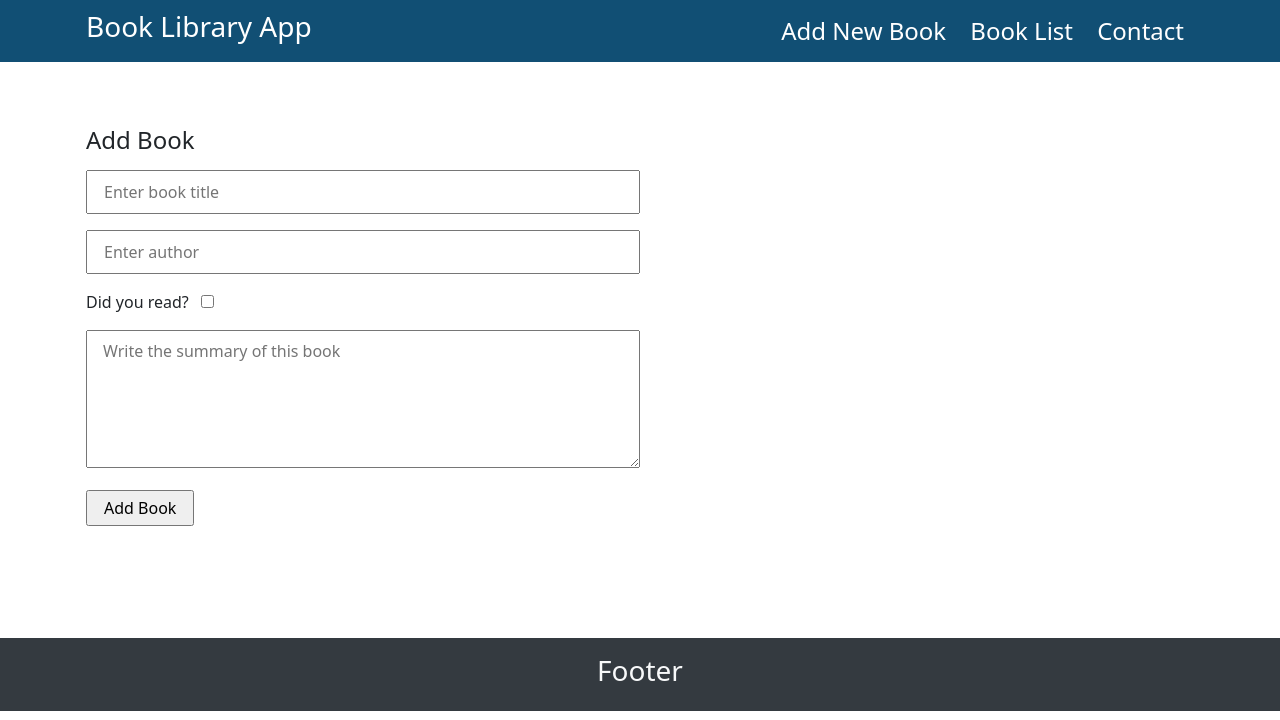
Repository: just-mann/booklibrary-app
Page: http://localhost/
An editor plug-in stored every save of this project. The page is shown before and after the next save, followed by the edit.
The browser window is 1280 px wide. The pictures show the whole page.
The page is served by the project's Node server (app.js).

Above is the page before, as saved 2021-06-06 04:07:24.

### views/index.ejs
<!DOCTYPE html>
<html lang="en">
<%- include('./partials/Header') %>
<body>
    <%- include('./partials/Navbar') %>
      <div class="container py-2 home">
        <div class="w-50 p-5 py-2 px-0">
          <form action="/books" method="POST" class="p-5 px-0">
            <h4>Add Book</h4>
              <div class="my-3">
                <input class="px-3 py-2 title w-100" type="text" name="title" id="title" placeholder="Enter book title" required>
              </div>
              <div class="my-3">
                <input class="px-3 py-2 author w-100" type="text" name="author" id="author" placeholder="Enter author" required>
              </div>
              <div class="my-3">
                <label for="isRead" class="mr-2">Did you read?</label>
                <input class="px-3 py-2 isRead" type="checkbox" name="isRead" id="isRead">
              </div>
              <div class="my-3">
                <textarea class="px-3 py-2 isRead w-100" name="summary" id="summary" cols="30" rows="5" placeholder="Write the summary of this book" required></textarea>
              </div>
              <div class="my-3">
                <input class="px-3 py-1 submitBtn" type="submit" value="Add Book">
              </div>
          </form>
        </div>
      </div>
    <%- include('./partials/Footer') %>
</body>
</html>

### views/partials/Header.ejs
<head>
    <meta charset="UTF-8">
    <meta name="viewport" content="width=device-width, initial-scale=1.0">
    <title><%= title %></title>
    <link rel="stylesheet" href="https://stackpath.bootstrapcdn.com/bootstrap/5.0.0-alpha1/css/bootstrap.min.css" integrity="sha384-r4NyP46KrjDleawBgD5tp8Y7UzmLA05oM1iAEQ17CSuDqnUK2+k9luXQOfXJCJ4I" crossorigin="anonymous">
    <script src="https://cdn.jsdelivr.net/npm/popper.js@1.16.0/dist/umd/popper.min.js" integrity="sha384-Q6E9RHvbIyZFJoft+2mJbHaEWldlvI9IOYy5n3zV9zzTtmI3UksdQRVvoxMfooAo" crossorigin="anonymous"></script>
    <link rel="stylesheet" href="https://unpkg.com/aos@next/dist/aos.css" />
    <link rel="stylesheet" href="https://unpkg.com/aos@next/dist/aos.css" />
    <script src="https://stackpath.bootstrapcdn.com/bootstrap/5.0.0-alpha1/js/bootstrap.min.js" integrity="sha384-oesi62hOLfzrys4LxRF63OJCXdXDipiYWBnvTl9Y9/TRlw5xlKIEHpNyvvDShgf/" crossorigin="anonymous"></script>
    <link rel="stylesheet" href="/style.css">
  </head>

### views/partials/Navbar.ejs
<nav class="container-fluid sticky-top">
    <div class="container">
        <a href="/" class="logo"><h3>Book Library App</h3></a>
        <div class="nav__links">
            <a href="/">Add New Book</a>
            <a href="/booklist">Book List</a>
            <a href="/contact">Contact</a>
        </div>
    </div>
</nav>

### views/partials/Footer.ejs
<footer class="bg-dark py-3 text-light text-center">
    <script src="https://ajax.googleapis.com/ajax/libs/jquery/3.5.1/jquery.min.js"></script>
    <script src="/script.js"></script>
    <div class="container">
        <h3>Footer</h3>
    </div>
</footer>
<script src="https://unpkg.com/aos@next/dist/aos.js"></script>
<script>
  AOS.init();
</script>

### app.js
const express = require('express'); //import express package
const app = express(); //initialize the express app
const bodyParser = require('body-parser') //import body-parser to handle data from the form
const MongoClient = require('mongodb').MongoClient; //import the mongodbClient
const { ObjectId } = require('bson');
const dbName = 'myBookList';
const dbCollectionName = 'bookCollection';

const PORT = process.env.PORT || 5000;


// Configure the body-parser
app.use(bodyParser.urlencoded({ extended: true }));


// Make static files accessible
app.use(express.static('public'));


// Set View Engine
app.set('view engine', 'ejs');



// Connect to Database
const dbURI = 'mongodb+srv://bookUser:cUk4rECaXyAWsNz8@crud-tutorial.xd65d.mongodb.net/myBookList?retryWrites=true&w=majority';
MongoClient.connect(dbURI, { useUnifiedTopology: true })
    .then(client => {

        app.listen(PORT, () => {
            console.log(`App is now running on PORT ${PORT} and Database: ${dbName} is connected`)
        });

        const db = client.db(`${dbName}`);

        const myCollection = db.collection(`${dbCollectionName}`);

        app.post('/books', (req, res) => {
            myCollection.insertOne(req.body)
                .then(result => {
                    console.log('Item added to database...');
                })
                .catch(err => console.log(err));
            res.redirect('bookList');
        })

        app.get('/booklist', (req, res) => {
            myCollection.find().sort({_id: -1}).toArray()
                .then(result => {
                    res.render('bookList', { myList: result, title: "Book List" });
                })
                .catch(err => console.log(err));
        })


        app.get('/booklist/:id', (req, res) => {
            const id = req.params.id;
            myCollection.findOne({ _id: ObjectId(`${id}`)})
                .then(result => {
                    res.render('details', { singleBook: result, title: `Book Detail  -  ${result.title}` })
                })
                .catch(err => console.log(err));
        })


        app.delete('/booklist/:id', (req, res) => {
            const id = req.params.id;
            myCollection.deleteOne({_id: ObjectId(`${id}`)})
                .then(result => {
                    res.json({ redirect: '/booklist'})
                })
                .catch(err => console.log(err));
        })


        app.get('/', (req, res) => {
            res.render('index', { title: "Add New Book" });
        })


        app.get('/contact', (req, res) => {
            res.render('contact', { title: "Contact Me" });
        })

        app.use((req, res) => {
            res.status(404).render('404', { title: '404, Page Not Found'});
        })

    })
    .catch(err => console.log(err));

### public/style.css
* {
    padding: 0;
    margin: 0;
    box-sizing: border-box;
}
body {
    min-height: 100vh;
}

a {
    text-decoration: none;
}

nav {
    background-color: #114f74;
    padding: 10px 0px;
}

nav .container {
    display: flex;
    justify-content: space-between;
    align-items: center;
}

nav .container .logo h3 {
    color: #ffffff;
    font-weight: 350;
}

nav .container .nav__links {
    color: #ffffff;
}

nav .container .nav__links a {
    color: #ffffff;
    font-size: 1.5rem;
    padding: 10px 0px;
    margin: 0px 10px;
    font-weight: 300;
}

.nav__links a:hover {
    color: red;
}

.listDiv {
    display: flex;
    grid-template-columns: repeat(3, 1fr);
}

.list {
    max-width: 350px;
    min-height: 150px;
    margin: 0px 15px;
    background-color: #e2e2e2;
    border-left: 15px solid #41a1b9;
    opacity: 0.9;
    transition: opacity 0.6s;
}

.list:hover {
    opacity: 1;
}


/* Home Page */
.home {
    height: 80vh;
}



/* Book List Page */
.bookList {
    min-height: 82vh;
}






/* details page */
.details {
    height: 100vh;
}



.bookSummary {
    max-width: 1100px;
    background: yellow;
}



/* Contact Page */
.contact {
    height: 85vh;
}

Loaded but not shown: public/script.js (no stored copy; drawn as an empty file)

After the next save:
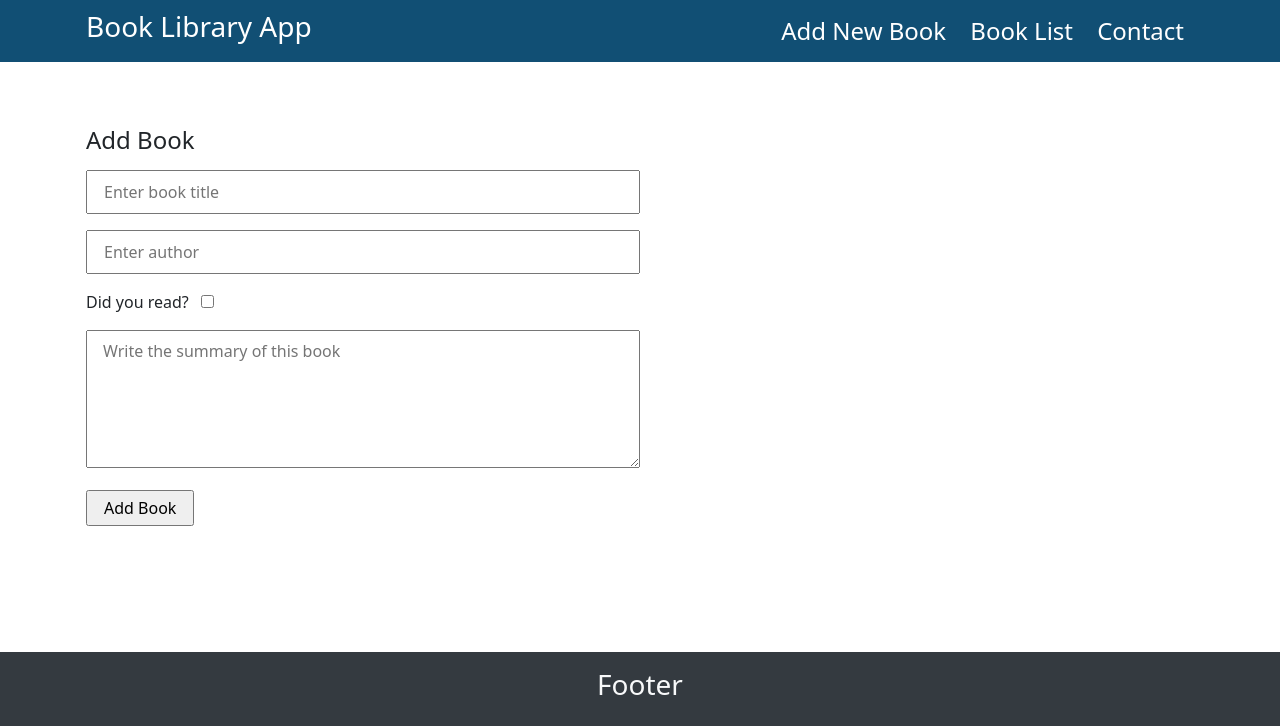
Saved 6 s later.
--- a/public/style.css
+++ b/public/style.css
@@ -65,7 +65,7 @@ nav .container .nav__links a {
 
 /* Home Page */
 .home {
-    height: 80vh;
+    height: 82vh;
 }
 
 
